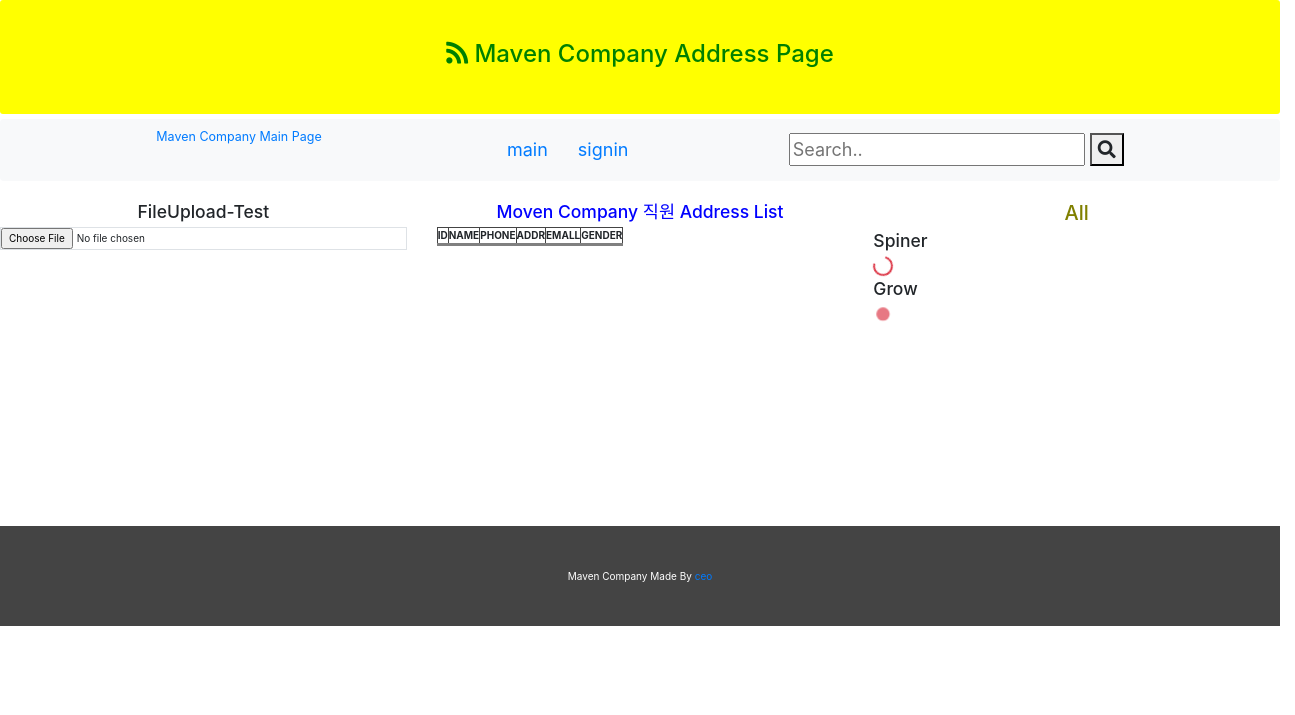
Repository: as2019a/spring
Page: http://localhost/ch19_project_mavenwebsite/WEB-INF/views/address.jsp
An editor plug-in stored every save of this project. The page is shown before and after the next save, followed by the edit.
The browser window is 1280 px wide. The page is 1295 px wide, so the pictures cover 1295 px, including what lies to the right of the window. The pictures show the whole page.
Some web libraries are served in a nearby version. The page is served by Tomcat 9. Nobody is signed in. The template is opened directly, without the code that normally fills it, so the values that code supplies are empty.

Above is the page before, as saved 2019-02-01 06:17:35.

After the next save:
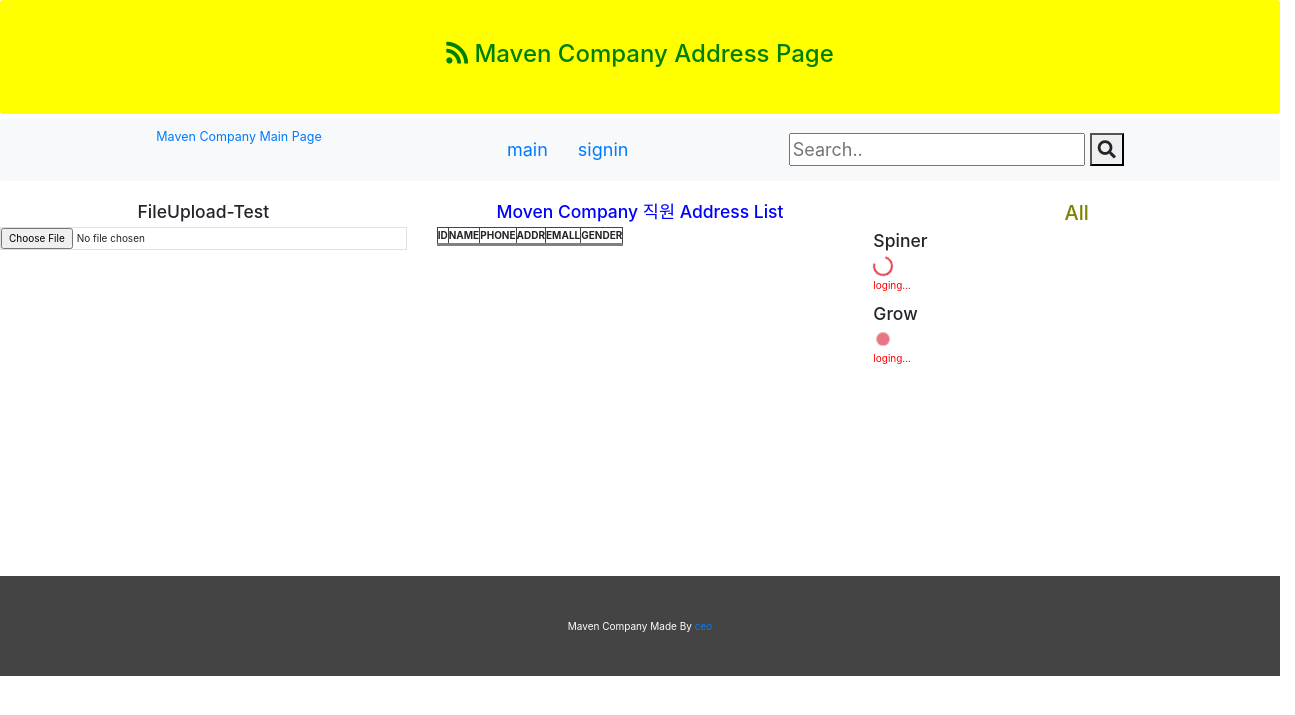
Saved 43 s later.
--- a/ch19_project_mavenwebsite/src/main/webapp/WEB-INF/views/address.jsp
+++ b/ch19_project_mavenwebsite/src/main/webapp/WEB-INF/views/address.jsp
@@ -161,9 +161,9 @@
 	  <div class="col">
 	  	<h2 style="text-align:center;color:olive;">All</h2>
 	  	<h3>Spiner</h3>
-	  	<div class="spinner-border text-danger"></div>
+	  	<div class="spinner-border text-danger"></div><p style="color:red;">loging...</p>
 	  	<h3>Grow</h3>
-	  	<div class="spinner-grow text-danger"></div>
+	  	<div class="spinner-grow text-danger"></div><p style="color:red;">loging...</p>
 	  </div>
 	</div>
 	<div class="footer">
